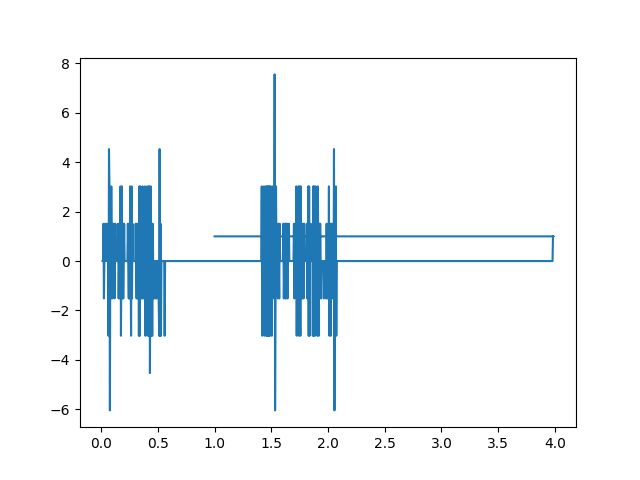
Repository: leiradom/Modified-linear-theory
Script's output: python 二阶导数.py
The author's editor kept a copy of each file at every save. The script's output is drawn from the files as they stood at one save, then again after the next save.
Random numbers start from a fixed seed.

Above is the script's output before, as saved 2020-12-04 21:18:04.

After the next save:
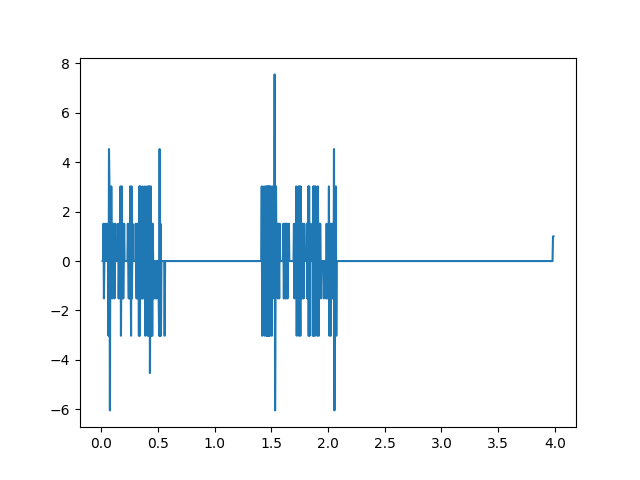
Saved 7 min 30 s later.
--- a/二阶导数.py
+++ b/二阶导数.py
@@ -7,9 +7,9 @@ b = np.loadtxt("wavedrag.txt",dtype=np.float64)
 #print(b[1][0])
 a = len(b)
 print(a)           #a的值为1001
-C = np.ones(1001)
-D = np.ones(1001)
-B = np.ones(1001)
+C = np.ones(a)
+D = np.ones(a)
+B = np.ones(a)
 for i in range(0,a):
     c = b[i][0]
     d = b[i][1]
